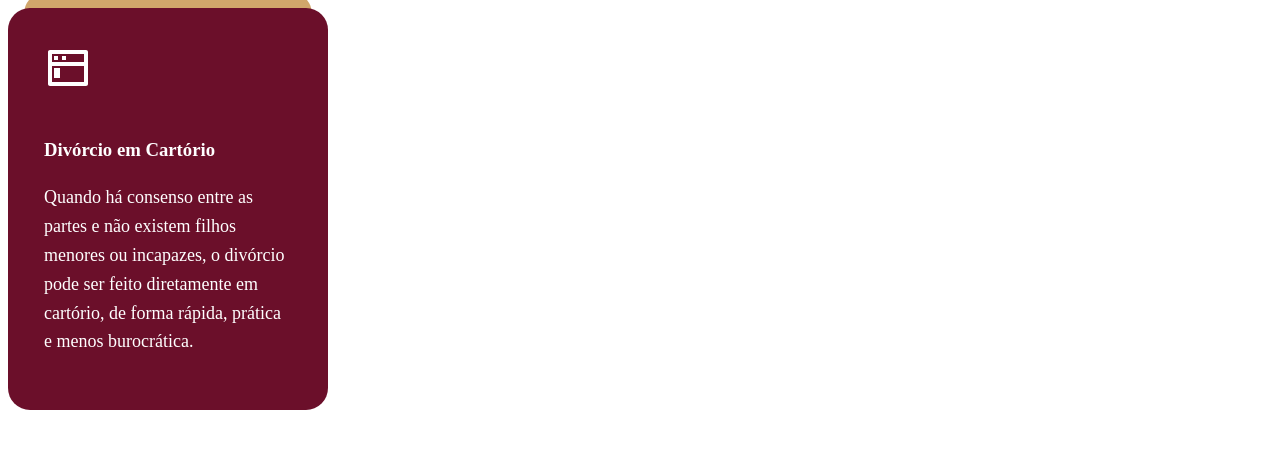
Repository: EmanuelVieiira/landing-page-advocacia
Page: teste.html
An editor plug-in stored every save of this project. The page is shown before and after a run of saves, followed by the edit.
The browser window is 1280 px wide. The pictures show the whole page.

Above is the page before, as saved 2026-02-04 22:59:54.

After the next 4 saves:
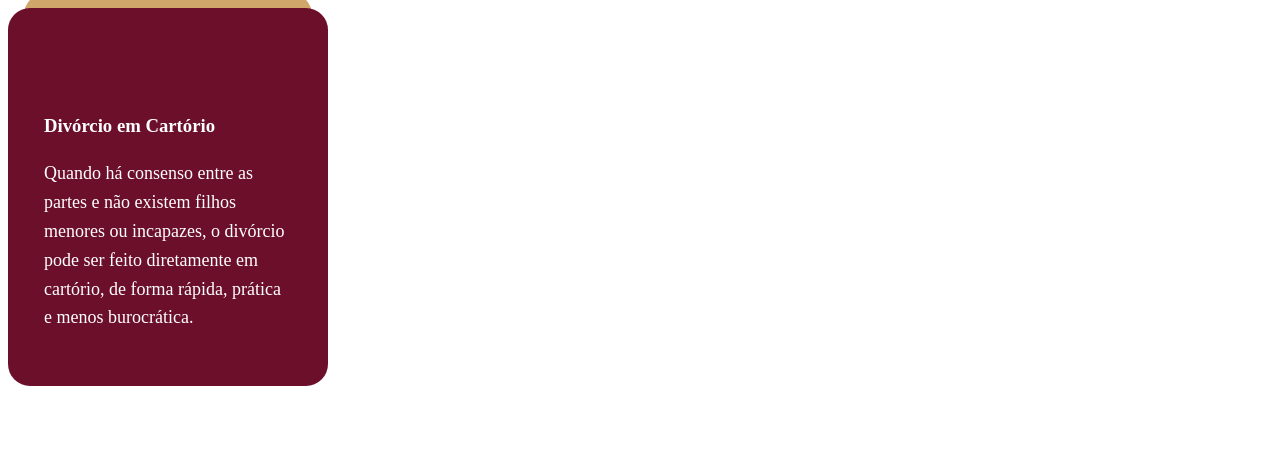
Not found: img/divorcio.png
The 4 saves are shown as one change because they came seconds apart.
The last was saved 14 s later.
--- a/teste.html
+++ b/teste.html
@@ -109,7 +109,7 @@
 <body>
     <div class="card">
   <div class="content">
-    <svg imgn="" viewBox="0 0 24 24" fill="currentColor">
+    <img src="/img/divorcio.png" alt="">
       <path
         d="M20 9V5H4V9H20ZM20 11H4V19H20V11ZM3 3H21C21.5523 3 22 3.44772 22 4V20C22 20.5523 21.5523 21 21 21H3C2.44772 21 2 20.5523 2 20V4C2 3.44772 2.44772 3 3 3ZM5 12H8V17H5V12ZM5 6H7V8H5V6ZM9 6H11V8H9V6Z"
       ></path>

After the 4 saves that followed:
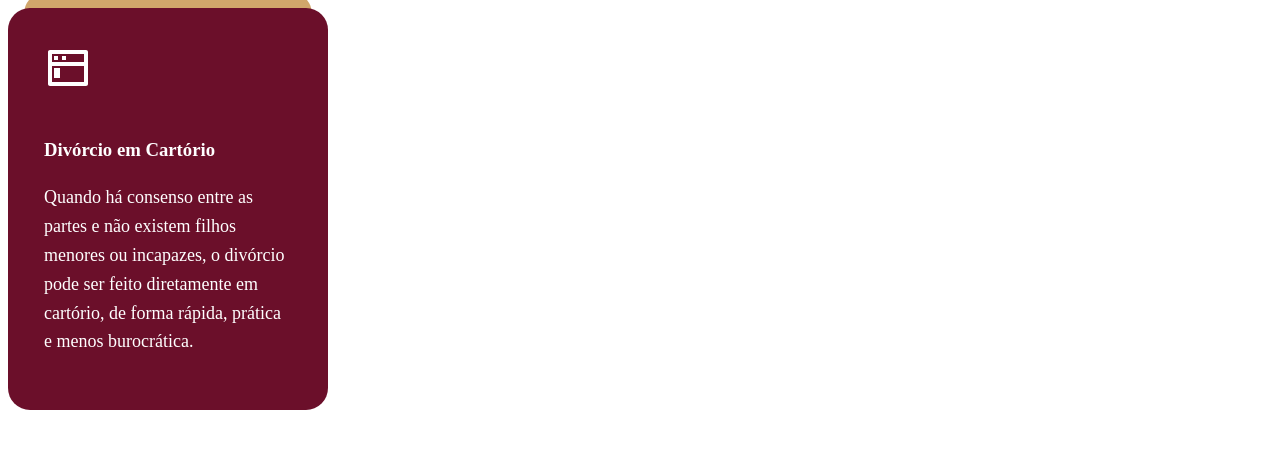
The 4 saves are shown as one change because 2 left the picture as it was and some came seconds apart.
The last was saved 40 s later.
--- a/teste.html
+++ b/teste.html
@@ -109,7 +109,11 @@
 <body>
     <div class="card">
   <div class="content">
-    <img src="/img/divorcio.png" alt="">
+    <svg
+      fill="currentColor"
+      viewBox="0 0 24 24"
+      xmlns="http://www.w3.org/2000/svg "
+    >
       <path
         d="M20 9V5H4V9H20ZM20 11H4V19H20V11ZM3 3H21C21.5523 3 22 3.44772 22 4V20C22 20.5523 21.5523 21 21 21H3C2.44772 21 2 20.5523 2 20V4C2 3.44772 2.44772 3 3 3ZM5 12H8V17H5V12ZM5 6H7V8H5V6ZM9 6H11V8H9V6Z"
       ></path>
